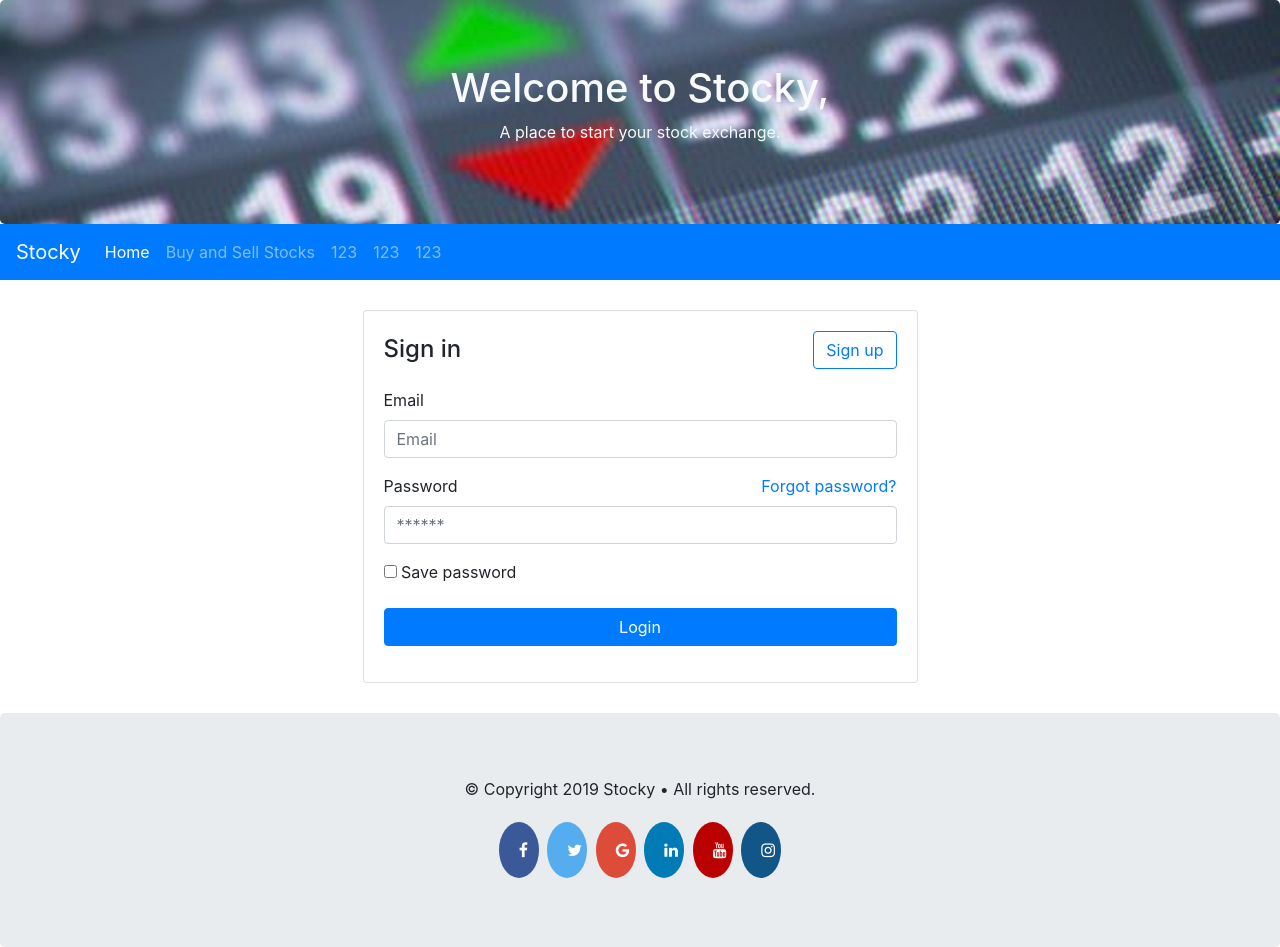
Repository: madfufuu/stocky
Page: http://localhost/stocky/index.jsp
An editor plug-in stored every save of this project. The page is shown before and after the next save, followed by the edit.
The browser window is 1280 px wide. The pictures show the whole page.
The page is served by Tomcat 9.

Above is the page before, as saved 2019-11-27 23:16:57.

After the next save:
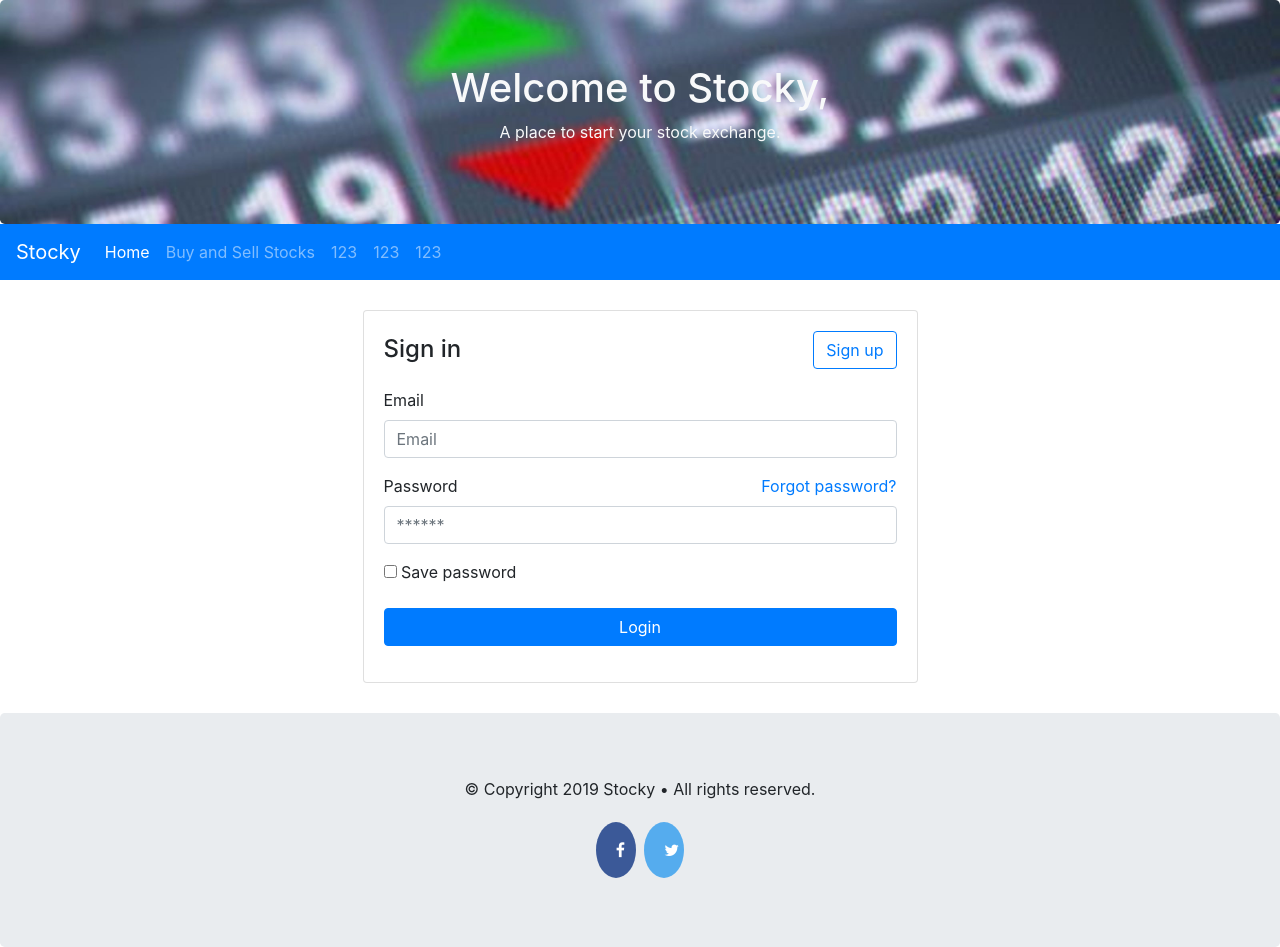
Saved 3 min 43 s later.
--- a/stocky-new-master/stocky/WebContent/index.jsp
+++ b/stocky-new-master/stocky/WebContent/index.jsp
@@ -94,9 +94,7 @@
 		<p>© Copyright 2019 Stocky • All rights reserved.</p>
 		<div>
 			<a href="#" class="fa fa-facebook"></a> <a href="#"
-				class="fa fa-twitter"></a> <a href="#" class="fa fa-google"></a> <a
-				href="#" class="fa fa-linkedin"></a> <a href="#"
-				class="fa fa-youtube"></a> <a href="#" class="fa fa-instagram"></a>
+				class="fa fa-twitter"></a>
 		</div>
 	</div>
 
